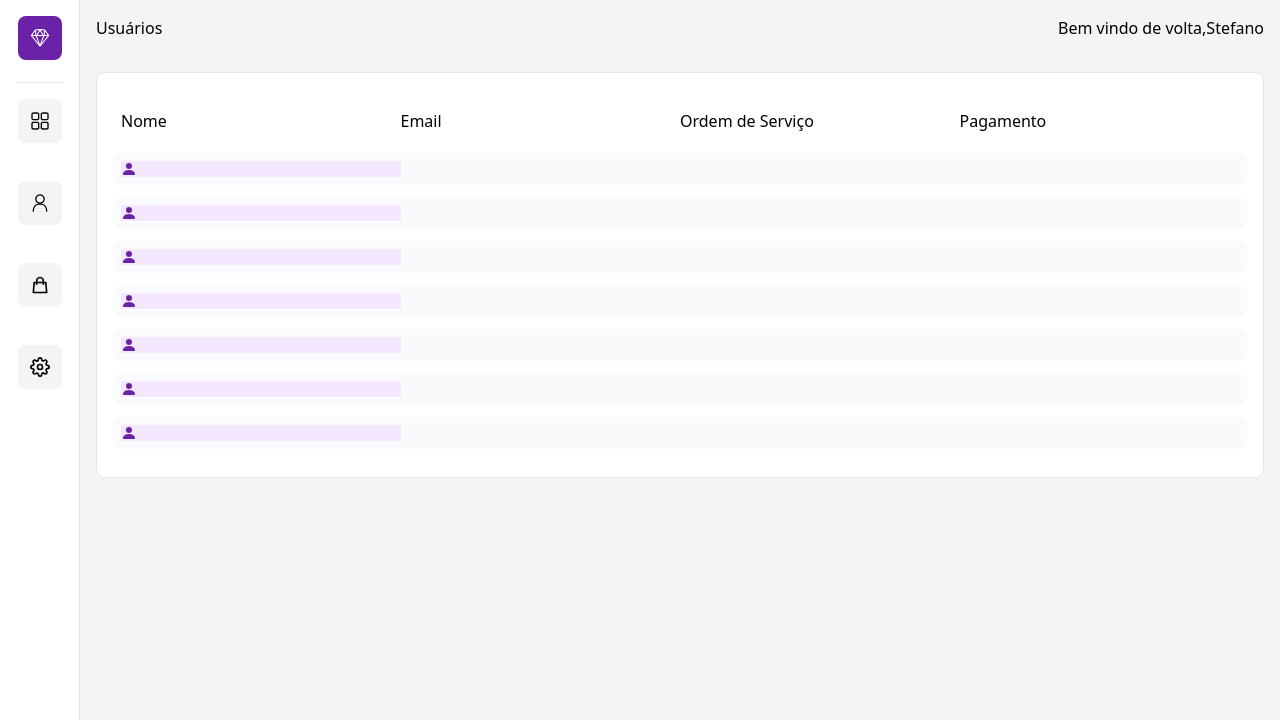
Repository: stefanosousaa/dashboard-next13
Page: /costumers
An editor plug-in stored every save of this project. The page is shown before and after the next save, followed by the edit.
The browser window is 1280 px wide. The pictures show the whole page.
The project was rebuilt for these pictures with package versions that can differ from the ones it lists, and the page was loaded fresh each time. The framework's server and built-in components were replaced by stand-ins that run in the browser. Also part of the build but not shown: next.config.js.

Above is the page before, as saved 2023-05-16 19:26:46.

After the next save:
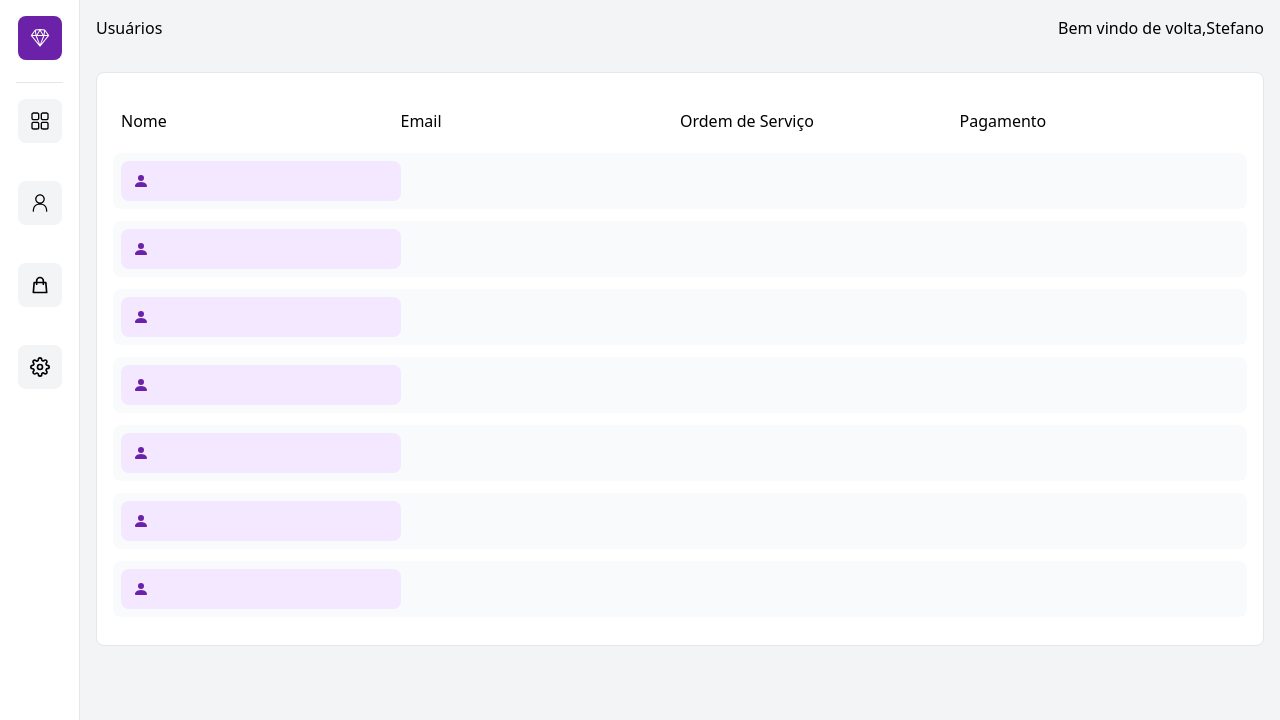
Saved 18 s later.
--- a/pages/costumers.jsx
+++ b/pages/costumers.jsx
@@ -20,7 +20,7 @@ const costumers = () => {
               <ul>
                 {data.map((order,id) => (
                     <li key={id} className='bg-gray-50 hover:bg-gray-100 rounded-lg my-3 p-2 grid md:grid-cols-4 sm:grid-cols-3 grid-cols-2 items-center justify-between cursor-pointer'>
-                      <div className='bg-purple-100'>
+                      <div className='bg-purple-100 p-3 rounded-lg'>
                         <BsPersonFill className='text-purple-800'/>
                       </div>
                     </li>
